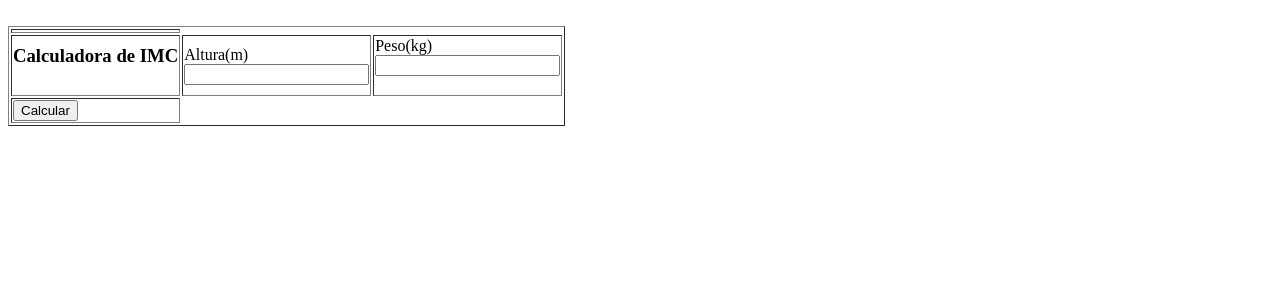
Repository: Patriciamativi/Projetos
Page: tabela.html
These files come from the project's save history. The page is drawn as it stood at one moment and after the next save; the edit follows.
The browser window is 1280 px wide. The pictures show the whole page.

Above is the page before, as saved 2022-11-17 21:12:28.

After the next save:
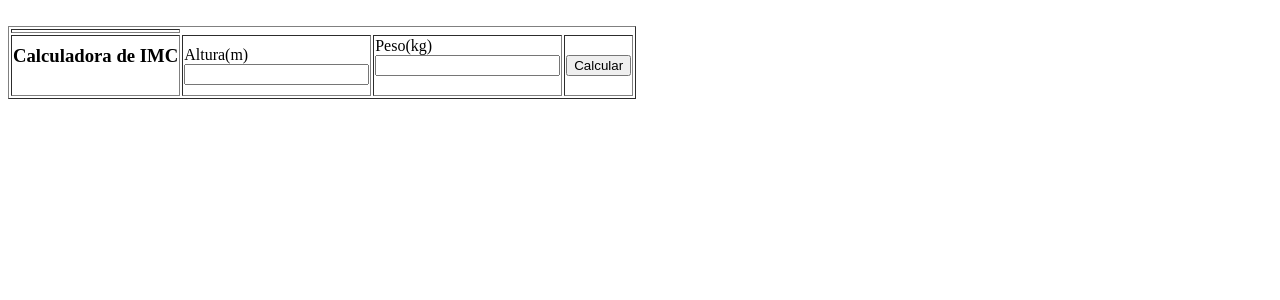
Saved 6 s later.
--- a/tabela.html
+++ b/tabela.html
@@ -17,7 +17,7 @@
         <td>Peso(kg)<br/>
             <input type: "number" > </br></br></td>
 
-        <tr><td><input type= "submit" value="Calcular"></td></tr>
+        <td><input type= "submit" value="Calcular"></td></tr>
    </tr>
     </form>
     </table>
